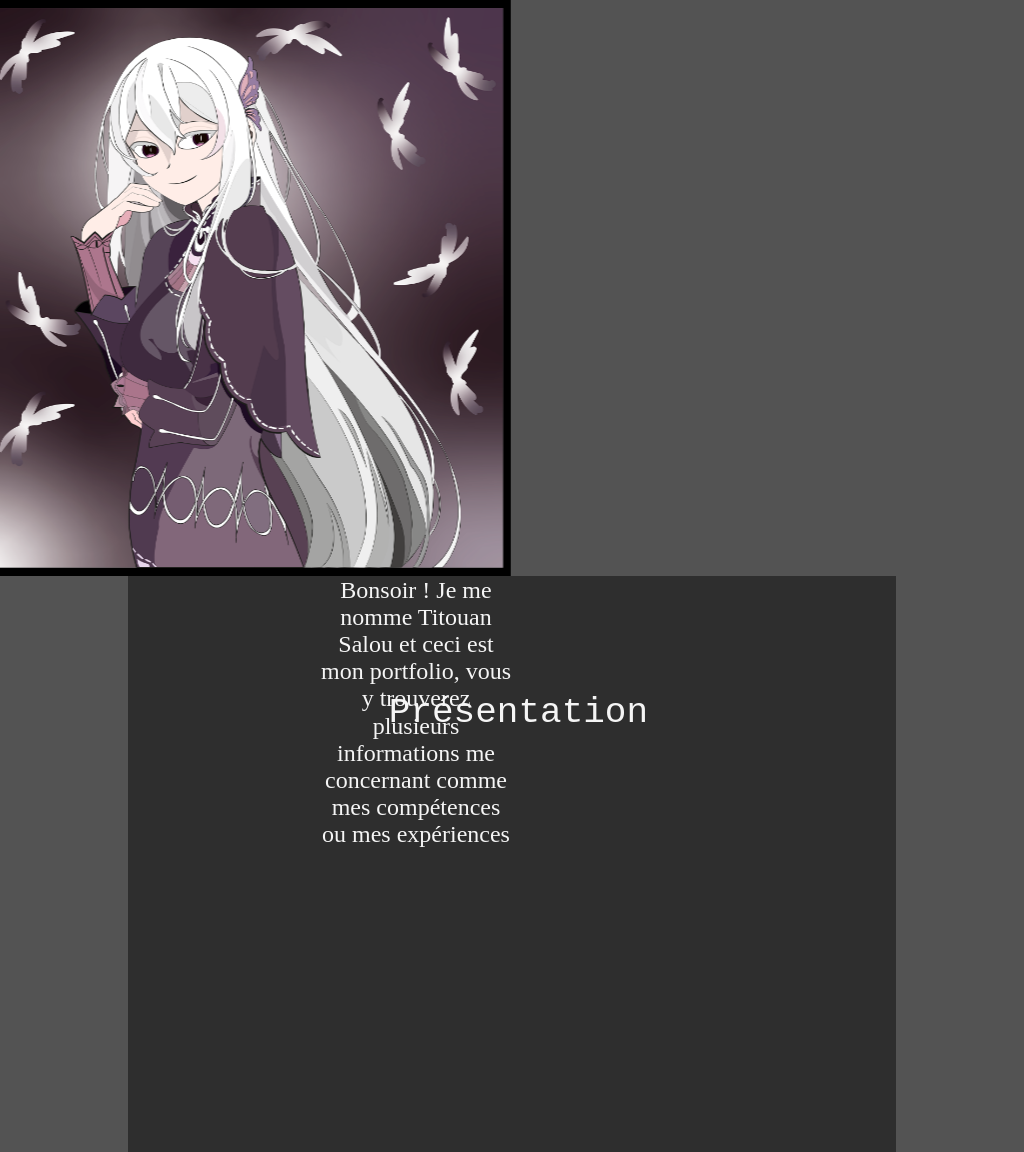
Repository: Mini-T/portfolio
Page: cv.html
An editor plug-in stored every save of this project. The page is shown before and after the next save, followed by the edit.
The browser window is 1280 px wide. The pictures show the whole page, at 80% of full size.
After loading, the first visible `#btnpresentation` was clicked once.

Above is the page before, as saved 2021-10-06 00:11:12.

### cv.html
<!DOCTYPE html>
<html lang="en">
  <head>
    <meta charset="UTF-8" />
    <meta http-equiv="X-UA-Compatible" content="IE=edge" />
    <meta name="viewport" content="width=device-width, initial-scale=1.0" />
    <link rel="stylesheet" href="cv.css" />

    <title>Document</title>
  </head>
  <body>
    <div id="master">
    <header>
      <div id="spawnscreen" class="backg">
        <img class="image" src="img/Echidna.png" alt="" />
        <img class="image" src="img/Halibel.png" alt="" />
        <img class="image" src="img/logo ytb ok.png" alt="" />
        <img class="image" src="img/versionfinal.jpg" alt="" />
        <img class="image" src="img/Echidna.png  " alt="" />
      </div>
    </header>
    <main>
      <nav id="navbar" class="reveal">
        <button id="btnpresentation" class="onglet">Présentation</button>
        <button id="btnskill" class="onglet">Compétences</button>
        <button id="btnformation" class="onglet">Formations</button>
        <button id="btndiplomes" class="onglet">Diplomes</button>

        <div id="introduction" class="hidden">Bonsoir ! Je me nomme Titouan Salou et ceci est mon portfolio, vous y trouverez plusieurs informations me concernant comme mes compétences ou mes expériences</div>

      </nav>
    </main>
    <script src="cv.js"></script>
  </div></body>
</html>

### cv.css
body {
  display: grid;
  justify-content: center;
  background-color: rgb(83, 83, 83);
  margin: 0px;
  padding: 0px;
}
#master {
  display: grid;
  grid-template-rows: 1fr 1fr;
  justify-content: center;
  width: 100vw;
  overflow-y: auto;
  overflow-x: unset;
  min-height: 100vh;
}
main {
  justify-content: center;
  justify-self: center;
  width: 75vw;
  display: grid;
  grid-template-rows: 80px 1fr 1fr 1fr 1fr;
  grid-template-columns: 25% 25% 25% 25%;
  background-color: rgb(46, 46, 46);
  grid-template-areas: "nav nav nav nav";
}

nav {
  grid-area: nav;
  color: whitesmoke;
  font-size: 30px;
  /* border-bottom: solid 2px black;
  border-top: solid 2px black; */
  display: grid;
  grid-template-columns: repeat(4, 1fr);

  text-align: center;
  justify-content: center;
  align-items: center;
  width: 100%;
  height: 80px;
  grid-template-areas: " btnpresentation btnskills btnformation btndiplomes ";
}
.navpresentationfocus {
  grid-area: nav;
  color: whitesmoke;
  font-size: 30px;
  /* border-bottom: solid 2px black;
  border-top: solid 2px black; */
  display: grid;
  grid-template-columns: 1fr;

  text-align: center;
  justify-content: center;
  align-items: center;
  width: 100%;
  height: 80px;
  grid-template-areas: "btnpresentation";
}
.hidden {
  display: none;
}
#btnskill {
  grid-area: btnskills;
}
#btnformation {
  grid-area: btnformation;
}
#btndiplomes {
  grid-area: btndiplomes;
}
#btnpresentation {

  grid-area: btnpresentation;
}
a {
  font-family: "Courier New", Courier, monospace;
  text-decoration: none;
  color: unset;
}
#spawnscreen {
  display: flex;
  overflow-x: hidden;
  width: 100vw;
  height: 100vh;
  min-height: 600px;
  background-attachment: fixed;
  background-position: left;
  background-repeat: repeat;
  background-size: cover;
}

.apparition {
  animation: 1s ease-out 1 navanime;
}
@keyframes navanime {
  0% {
    opacity: 0%;
    position: relative;

    right: 40%;
  }
  100% {
    opacity: 80%;
    position: relative;
    right: 0%;
  }
}
@keyframes navanimereverse {
  0% {
    opacity: 0%;
    position: relative;
    left: 40%;
  }
  100% {
    opacity: 80%;
    position: relative;
    left: 0%;
  }
}
.image {
  width: auto;
  animation-timing-function: ease;
  animation-iteration-count: infinite;
  max-width: 100vw;
  height: auto;
  border: solid 10px black;
  animation-duration: 10s;
  animation-name: caroussel;
}
@keyframes caroussel {
  0% {
    transform: translateX(0);
  }
  25% {
    transform: translateX(-959px);
  }
  50% {
    transform: translateX(-2758px);
  }
  75% {
    transform: translateX(-3558px);
  }
  100% {
    transform: translateX(0);
  }
}
.apparitionreverse {
  animation: 1s ease-out 1 navanimereverse;
}
.reveal {
  opacity: 0;
}
.revealtrue {
  opacity: 100%;
}
.onglet {
  justify-self: center;
  width: 200px;
  height: 80px;
  background: unset;
  border: unset;
  color: whitesmoke;
  font-size: 30px;
  font-family: "Courier New", Courier, monospace;
}
.zoom {
  transition: all 0.3s ease-in;
  margin-left: 250%;
  margin-bottom: ;
  position: relative;
  justify-self: center;
  font-size: 45px;
}

### cv.js
nav = document.getElementById('navbar')
window.addEventListener("scroll", () =>{
    if(window.scrollY > 99){
        document.getElementById('navbar').classList.add('revealtrue', 'apparition')
        console.log(window.scrollY)
    }

})
button1 = document.getElementById('btnpresentation');
button2 = document.getElementById('btnskill');
button3 = document.getElementById('btnformation');
button4 = document.getElementById('btndiplomes');

button1.addEventListener("click", () =>{
    nav.classList.remove('nav');
    document.getElementById('btnpresentation').classList.add('zoom');
    document.getElementById('btnskill').classList.add('hidden');
    document.getElementById('btnformation').classList.add('hidden');
    document.getElementById('btndiplomes').classList.add('hidden')
    document.querySelector('#introduction').classList.remove('hidden')

})

After the next save:
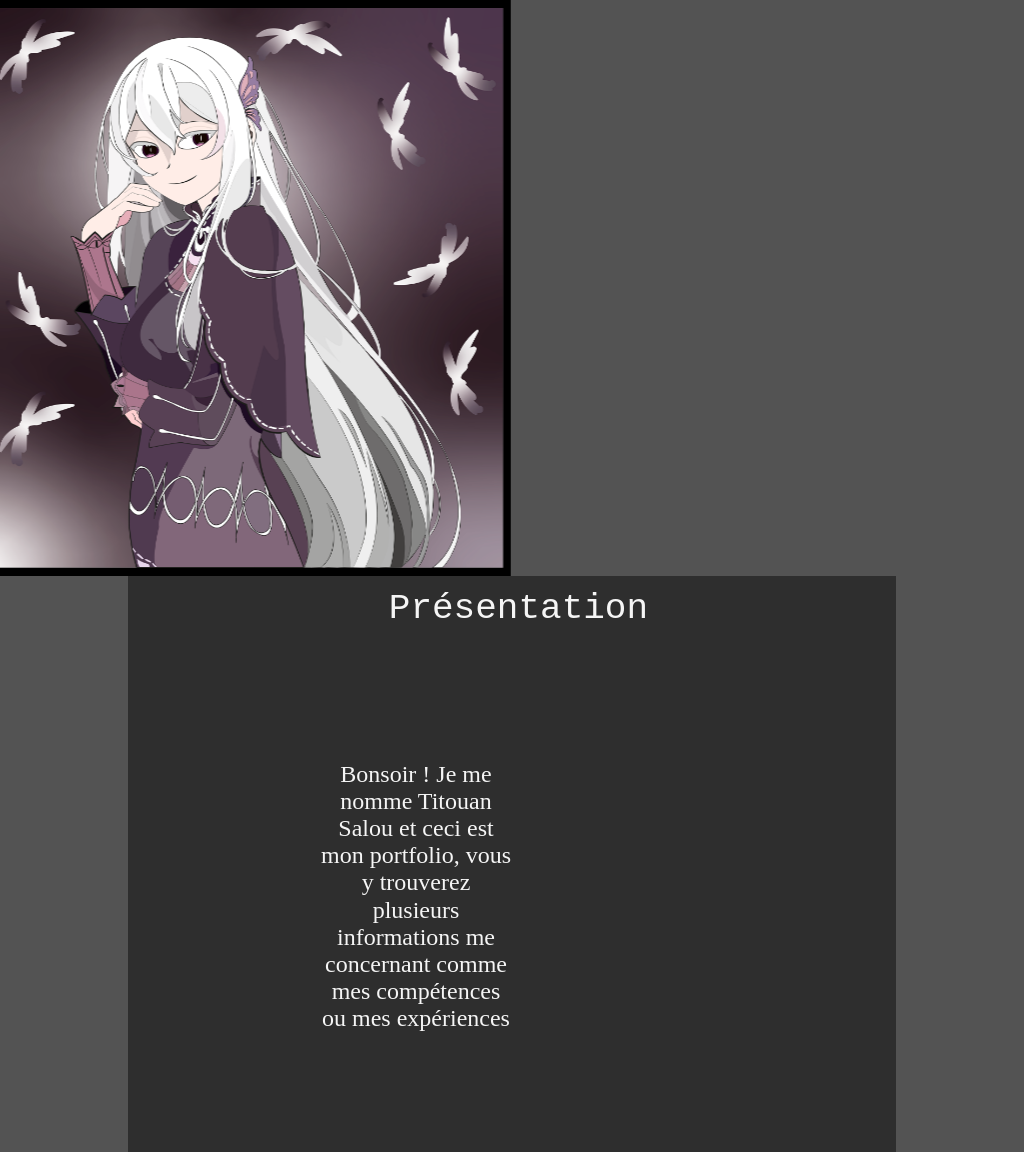
Saved 5 s later.
--- a/cv.css
+++ b/cv.css
@@ -167,7 +167,7 @@
 .zoom {
   transition: all 0.3s ease-in;
   margin-left: 250%;
-  margin-bottom: ;
+  margin-bottom: 300%;
   position: relative;
   justify-self: center;
   font-size: 45px;

After the 2 saves that followed:
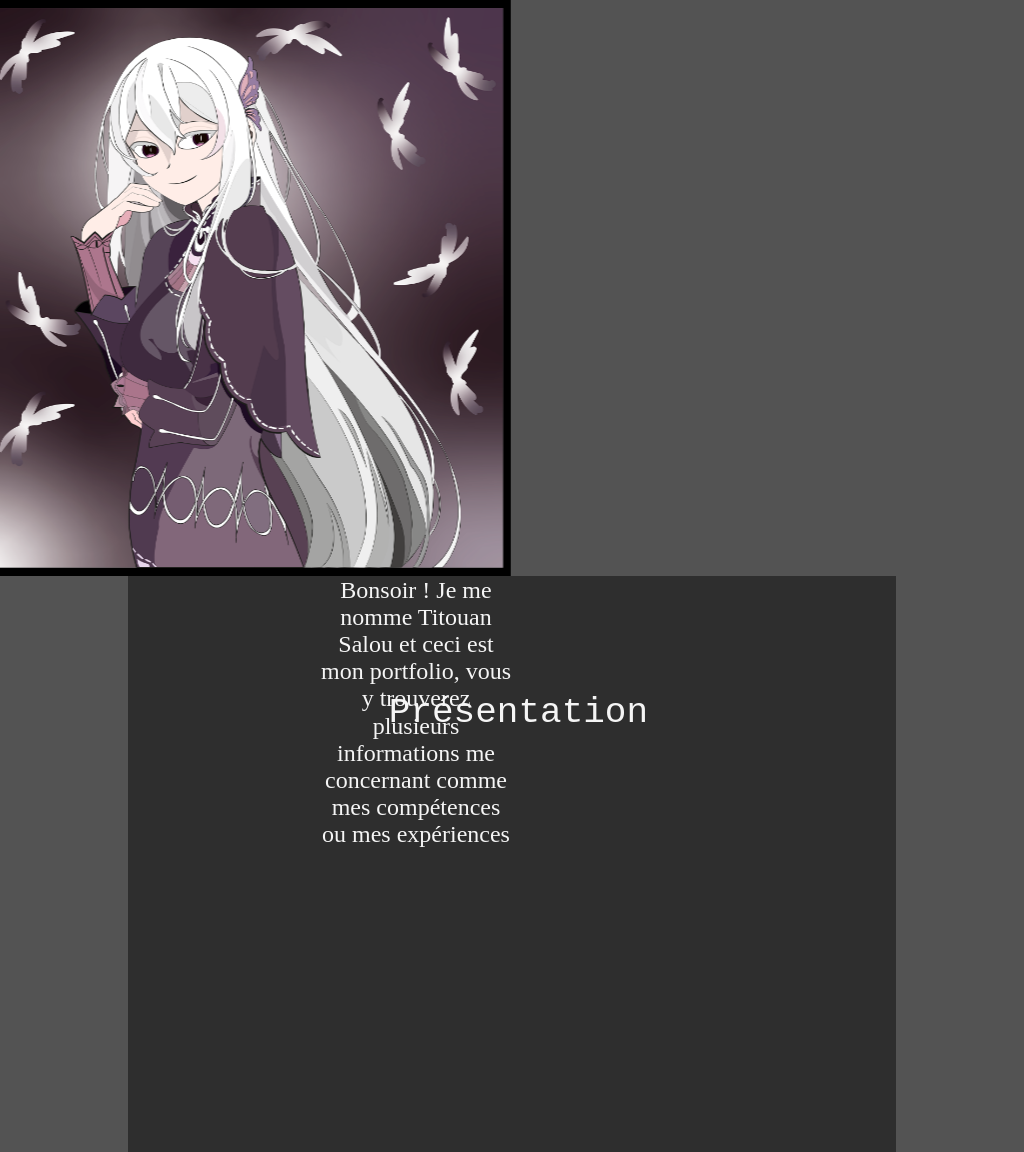
The 2 saves are shown as one change because they came seconds apart.
The last was saved 25 s later.
--- a/cv.css
+++ b/cv.css
@@ -167,7 +167,6 @@
 .zoom {
   transition: all 0.3s ease-in;
   margin-left: 250%;
-  margin-bottom: 300%;
   position: relative;
   justify-self: center;
   font-size: 45px;
